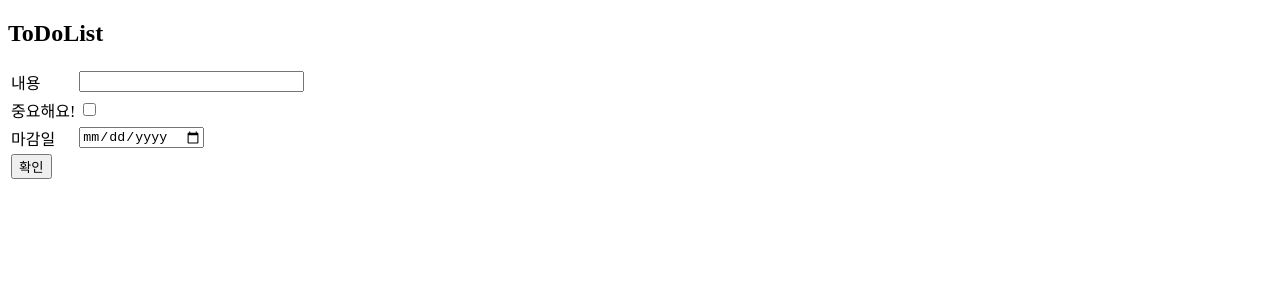
Repository: leesaereum/ToDoList
Page: http://localhost/ToDo/create.jsp
These files come from the project's save history. The page is drawn as it stood at one moment and after the next save; the edit follows.
The browser window is 1280 px wide. The pictures show the whole page.
The page is served by Tomcat 9.

Above is the page before, as saved 2022-03-29 06:06:57.

After the next save:
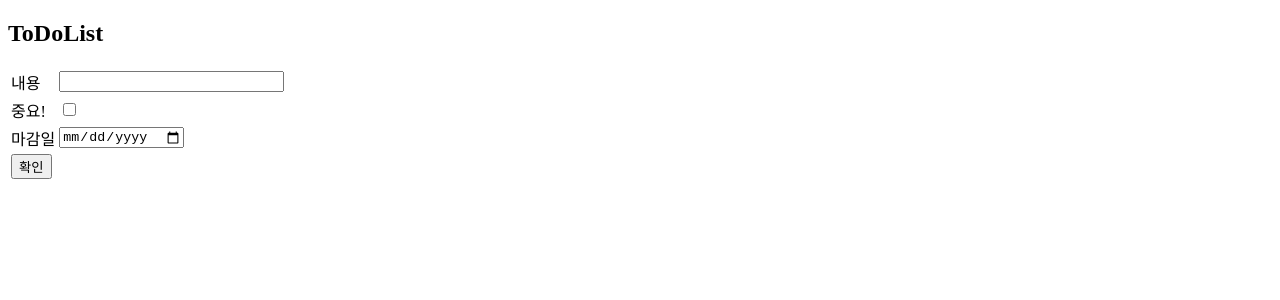
Saved 21 s later.
--- a/ToDo/src/main/webapp/create.jsp
+++ b/ToDo/src/main/webapp/create.jsp
@@ -17,7 +17,7 @@
 
 		</tr>
 		<tr>
-		<td>중요해요!</td>
+		<td>중요!</td>
 		<td><input type="checkbox" name="isImportant" value = "1"></td>
 		</tr>
 		<tr>
